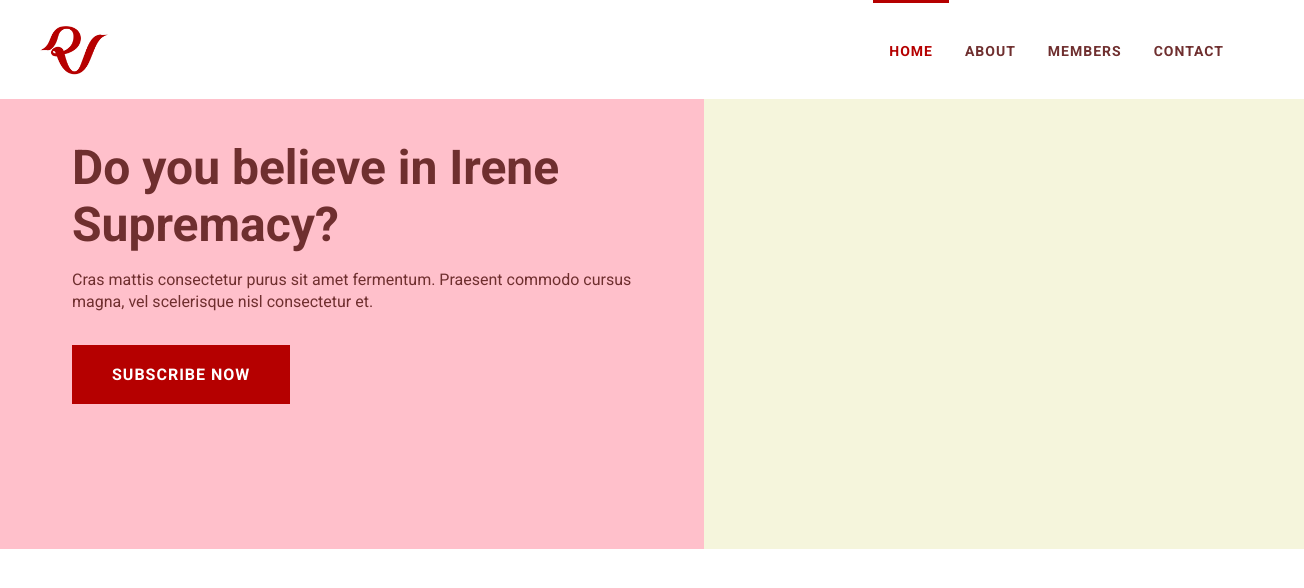
Repository: stillnotdavid/eternity-university
Page: app/index.html
An editor plug-in stored every save of this project. The page is shown before and after the next save, followed by the edit.
The browser window is 1280 px wide. The page is 1304 px wide, then 1280 px, then 1304 px, so the pictures cover 1304 px, including what lies to the right of the window. The pictures show the whole page.
The style sheet was rebuilt from its Sass, Less or Tailwind sources for each picture, by a compiler version that may differ from the author's.

Above is the page before, as saved 2021-12-03 23:27:54.

After the next save:
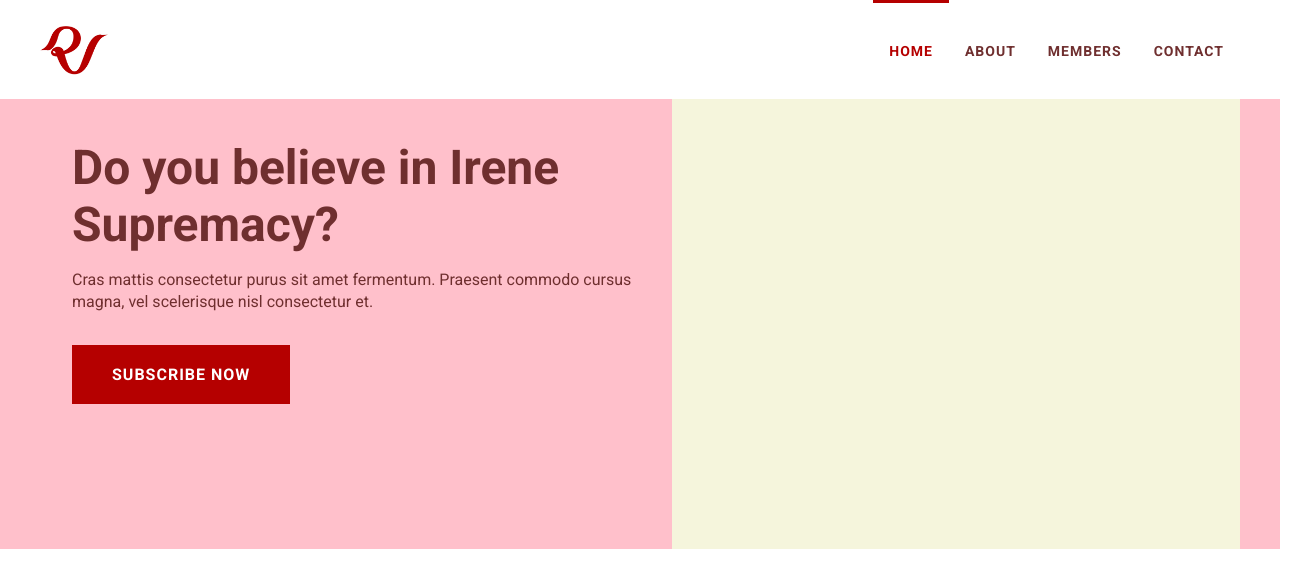
Saved 18 s later.
--- a/app/styles/components/_hero.scss
+++ b/app/styles/components/_hero.scss
@@ -8,12 +8,12 @@
   &__container {}
 
   &__cta {
-    flex: 0 0 50%;
+    flex: 0 1 50%;
     padding: $spacing-xlarge;
   }
 
   &__image {
-    flex: 0 0 50%;
+    flex: 0 1 50%;
 
     background: beige;
   }

After the 2 saves that followed:
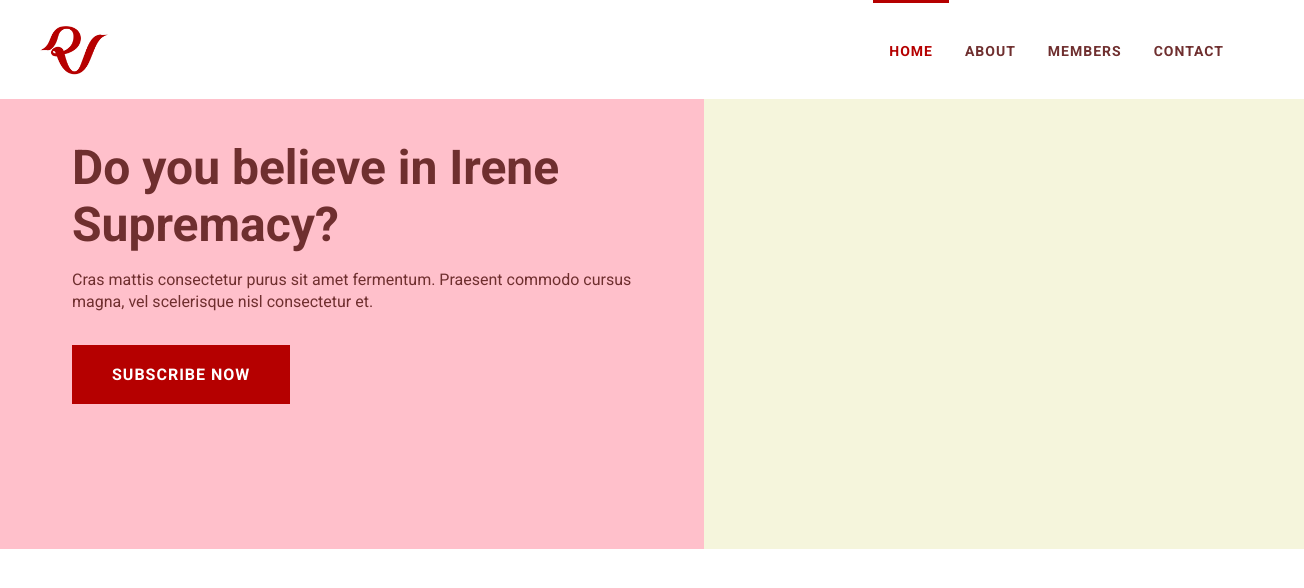
The 2 saves are shown as one change because they came seconds apart.
The last was saved 28 s later.
--- a/app/styles/components/_hero.scss
+++ b/app/styles/components/_hero.scss
@@ -8,12 +8,12 @@
   &__container {}
 
   &__cta {
-    flex: 0 1 50%;
+    flex: 0 0 50%;
     padding: $spacing-xlarge;
   }
 
   &__image {
-    flex: 0 1 50%;
+    flex: 0 0 50%;
 
     background: beige;
   }
